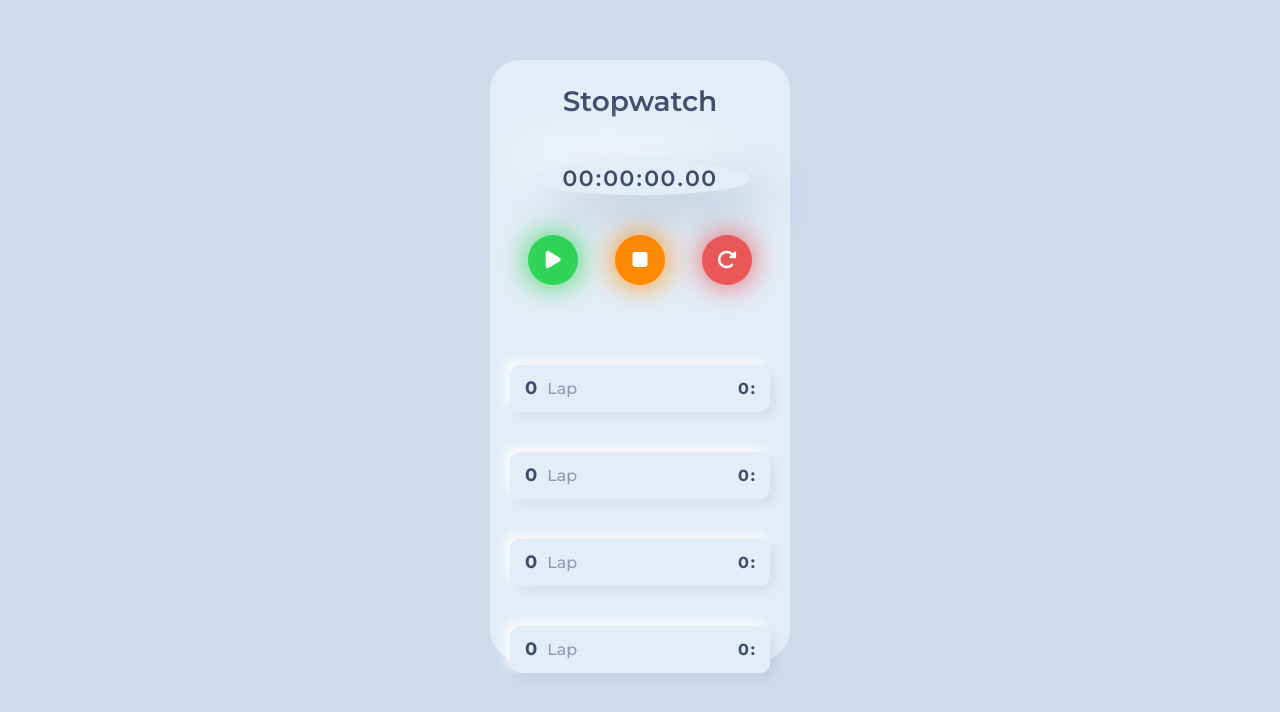
Repository: dinhtri123/stopwatch
Page: index.html
An editor plug-in stored every save of this project. The page is shown before and after the next save, followed by the edit.
The browser window is 1280 px wide. The pictures show the whole page.
After loading, the first visible `button.btn-reset` was clicked once.

Above is the page before, as saved 2023-01-05 15:21:53.

### index.html
<!DOCTYPE html>
<html lang="en">
  <head>
    <meta charset="UTF-8" />
    <meta http-equiv="X-UA-Compatible" content="IE=edge" />
    <meta name="viewport" content="width=device-width, initial-scale=1.0" />
    <link
      rel="stylesheet"
      href="https://cdnjs.cloudflare.com/ajax/libs/font-awesome/6.2.1/css/all.min.css"
    />
    <title>Stop Watch</title>
    <link rel="stylesheet" href="style.css" />
  </head>
  <body>
    <div class="wrapper">
      <h3>Stopwatch</h3>
      <div class="timer">
        <div class="effects"></div>
        <p class="hours">00</p>
        <span>:</span>
        <p class="minutes">00</p>
        <span>:</span>
        <p class="seconds">00</p>
        <span>.</span>
        <p class="milis">00</p>
      </div>
      <div class="btn">
        <button class="btn-start">
          <i class="fa-solid fa-play start"></i>
        </button>
        <button class="btn-stop" disabled>
          <i class="fa-solid fa-stop stop"></i>
        </button>
        <button class="btn-reset">
          <i class="fa-solid fa-rotate-right reset"></i>
        </button>
      </div>
      <div class="history">
        <!-- <div class="lap">
          <div class="number-lap">
            <p>1</p>
            <span>Lap</span>
          </div>
          <div class="timer-lap">
            <p>01</p>
            <span>:</span>
            <p>00</p>
            <span>:</span>
            <p>00</p>
          </div>
        </div> -->
      </div>
    </div>
  </body>
  <script src="index.js"></script>
</html>

### style.css
@import url("https://fonts.googleapis.com/css2?family=Montserrat:wght@400;500;600;700&display=swap");
* {
  margin: 0;
  padding: 0;
  box-sizing: border-box;
  font-family: "Montserrat", sans-serif;
}
body {
  width: 100%;
  min-height: 100vh;
  height: 100%;
  font-size: 16px;
  line-height: 1.5;
  font-weight: 400;
  background-color: #cddbeb;
  display: flex;
  justify-content: center;
  align-items: center;
}
.wrapper {
  width: 300px;
  height: 600px;
  border-radius: 30px;
  background: #e3edf7;
  padding: 20px;
  display: flex;
  flex-direction: column;
  justify-content: flex-start;
  align-items: center;
  gap: 40px;
}
h3 {
  font-size: 28px;
  color: #3c4c6b;
  text-align: center;
  font-weight: 600;
}
.timer {
  background-color: #e3edf7;
  width: 220px;
  height: 220px;
  border-radius: 50%;
  display: flex;
  justify-content: center;
  align-items: center;
  gap: 3px;
  box-shadow: 20px 20px 45px #6a80a85d, -20px -20px 45px #fbfbfbd9;
  font-size: 22px;
  font-weight: 600;
  color: #3c4c6b;
  letter-spacing: 1.5px;
  position: relative;
}
.timer > p {
  width: 28px;
  display: flex;
  justify-content: center;
  align-items: center;
}
.effects {
  position: absolute;
  inset: 0;
  width: 220px;
  height: 220px;
  border-radius: 50%;
  border-top: 3px solid #6a80a899;
  border-right: 3px solid transparent;
  animation: during 1s linear infinite;
  display: none;
}
.effects:before {
  content: "";
  position: absolute;
  top: 29px;
  right: 22px;
  width: 10px;
  height: 10px;
  border-radius: 50%;
  background-color: #3c4c6bb7;
  box-shadow: 0px 0px 10px #3c4c6b;
}
@keyframes during {
  to {
    transform: rotate(360deg);
  }
}

.btn {
  width: 100%;
  display: flex;
  justify-content: space-around;
}
button {
  background-color: #e3edf7;
  border: none;
  outline: none;
  border-radius: 50%;
  width: 50px;
  height: 50px;
  font-weight: 700;
  color: #3c4c6b;
  cursor: pointer;
  font-size: 20px;
  display: flex;
  justify-content: center;
  align-items: center;
  color: white;
}
.btn-start {
  background: #30d457;
  /* box-shadow: 5px 5px 10px #30d4569d, -5px -5px 10px #fbfbfb; */
  box-shadow: 0px 0px 30px #30d456fd;
}
.btn-stop {
  background: #ff8900;
  /* box-shadow: 5px 5px 10px #ff8900, -5px -5px 10px #fbfbfb; */
  box-shadow: 0px 0px 30px #ff8900;
  cursor: not-allowed;
}
.btn-reset {
  background-color: #eb5757;
  /* box-shadow: 5px 5px 10px #eb5757, -5px -5px 10px #fbfbfb; */

  box-shadow: 0px 0px 30px #eb5757;
}

.history {
  width: 100%;
  display: flex;
  flex-direction: column;
  gap: 20px;
}
.lap {
  width: 100%;
  height: 50px;
  background-color: #e3edf7;
  border-radius: 10px;
  box-shadow: 5px 5px 10px #6a80a81e, -5px -5px 10px #fbfbfb;
  display: flex;
  justify-content: space-between;
  align-items: center;
  padding: 10px 15px;
}
.number-lap {
  display: flex;
  align-items: center;
  gap: 10px;
}
.number-lap > p {
  font-size: 18px;
  font-weight: 700;
  color: #3c4c6b;
}
.number-lap > span {
  font-weight: 500;
  color: #8c9bb2;
}
.timer-lap {
  display: flex;
  gap: 2px;
  color: #3c4c6b;
  font-weight: 700;
  letter-spacing: 1.5;
}

.btn-disabled {
  cursor: not-allowed;
}
.btn-enabled {
  cursor: pointer;
}

### index.js
const btnStart = document.querySelector(".btn-start");
const btnStop = document.querySelector(".btn-stop");
const btnReset = document.querySelector(".btn-reset");

const miliseconds = document.querySelector(".milis");
const seconds = document.querySelector(".seconds");
const minutes = document.querySelector(".minutes");
const hours = document.querySelector(".hours");

const iconStart = document.querySelector(".start");
const iconStop = document.querySelector(".stop");
const iconReset = document.querySelector(".reset");

const effects = document.querySelector(".effects");

let interval;
let milis = 0;
let sec = 0;
let min = 0;
let hrs = 0;

btnStart.addEventListener("click", function () {
  effects.style.display = "block";
  effects.style.animationPlayState = "running";

  interval = setInterval(() => {
    milis++;
    let timerMilis = milis < 10 ? "0" + milis : milis;
    miliseconds.textContent = timerMilis > 99 ? (milis = "0" + 0) : timerMilis;
    if (timerMilis === 100) {
      sec++;
      let timer = sec < 10 ? "0" + sec : sec;
      seconds.textContent = timer > 59 ? (sec = "0" + 0) : timer;
      if (timer === 60) {
        min++;
        let timerMin = min < 10 ? "0" + min : min;
        if (min === 60) {
          hrs++;
          hours.textContent = hrs < 10 ? "0" + hrs : hrs;
        }
        minutes.textContent = timerMin > 59 ? (min = "0" + 0) : timerMin;
      }
    }
  }, 10);

  if (iconStart.className.includes("fa-play")) {
    iconStart.className = iconStart.className.replace("fa-play", "fa-pause");
    this.disabled = true;
    this.classList.add("btn-disabled");
    btnStop.classList.add("btn-enabled");
    btnStop.disabled = false;
  } else {
    iconStart.className = iconStart.className.replace("fa-pause", "fa-play");
  }
});

btnStop.addEventListener("click", function () {
  effects.style.animationPlayState = "paused";
  btnStart.disabled = false;
  btnStart.classList.remove("btn-disabled");
  this.disabled = true;
  this.classList.remove("btn-enabled");
  iconStart.className = iconStart.className.replace("fa-pause", "fa-play");
  clearInterval(interval);
});

let storageTimer = [];
btnReset.addEventListener("click", function () {
  let storeValues = { hrs, min, sec, milis };
  storageTimer.push(storeValues);

  localStorage.setItem("timer", JSON.stringify(storageTimer));
  console.log(storageTimer);
  effects.style.display = "none";
  miliseconds.textContent = "00";
  seconds.textContent = "00";
  minutes.textContent = "00";
  hours.textContent = "00";
  btnStart.disabled = false;
  btnStart.classList.remove("btn-disabled");
  btnStop.disabled = true;
  btnStop.classList.remove("btn-enabled");
  iconStart.className = iconStart.className.replace("fa-pause", "fa-play");
  clearInterval(interval);
  milis = 0;
  sec = 0;
  min = 0;
  hrs = 0;

  const history = document.querySelector(".history");
  const getTimerStorage = JSON.parse(localStorage.getItem("timer"));
  for (let i = 0; i < getTimerStorage.length; i++) {
    for (let time in getTimerStorage[i]) {
      const template = `<div class="lap">
      <div class="number-lap">
        <p>${i}</p>
        <span>Lap</span>
      </div>
      <div class="timer-lap">
        <p>${getTimerStorage[i][time]}</p>
        <span>:</span>

      </div>
    </div>`;
      history.insertAdjacentHTML("afterend", template);
    }
  }
});

After the next save:
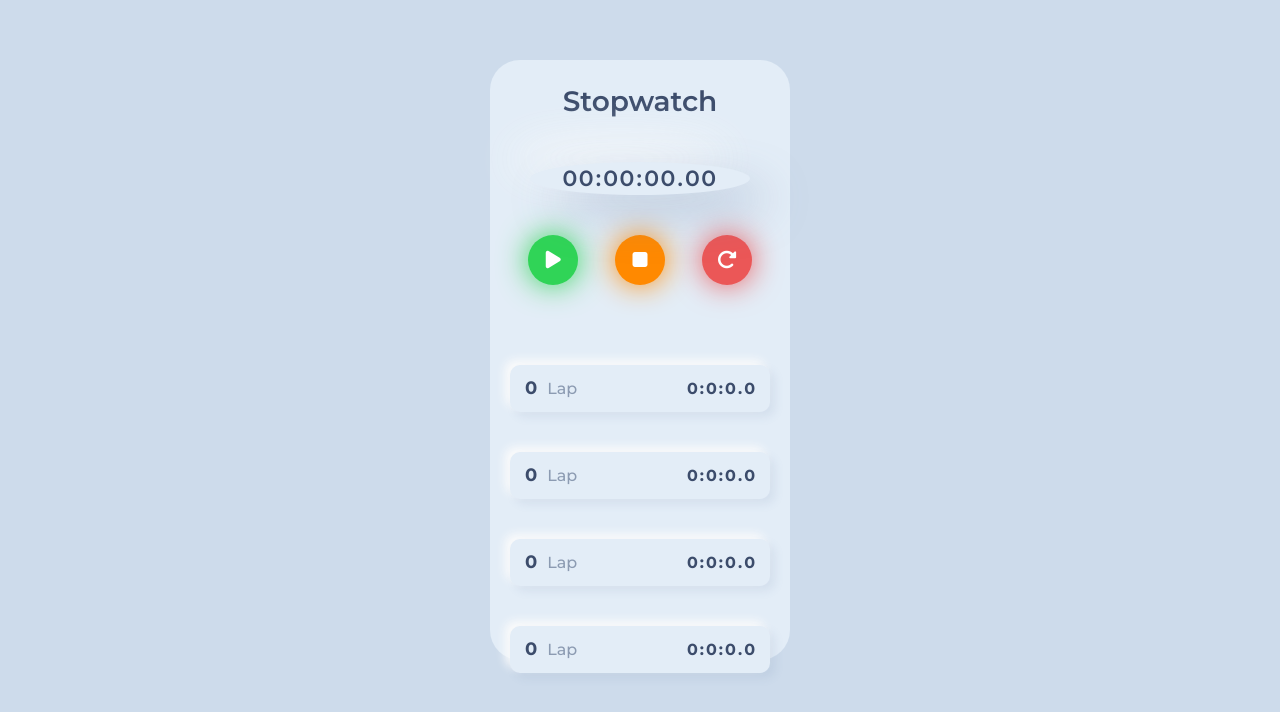
Saved 109 s later.
--- a/index.js
+++ b/index.js
@@ -90,7 +90,7 @@ btnReset.addEventListener("click", function () {
   const history = document.querySelector(".history");
   const getTimerStorage = JSON.parse(localStorage.getItem("timer"));
   for (let i = 0; i < getTimerStorage.length; i++) {
-    for (let time in getTimerStorage[i]) {
+    for(let time in getTimerStorage[i]){
       const template = `<div class="lap">
       <div class="number-lap">
         <p>${i}</p>
@@ -99,7 +99,11 @@ btnReset.addEventListener("click", function () {
       <div class="timer-lap">
         <p>${getTimerStorage[i][time]}</p>
         <span>:</span>
-
+        <p>${getTimerStorage[i][time]}</p>
+        <span>:</span>
+        <p>${getTimerStorage[i][time]}</p>
+        <span>.</span>
+        <p>${getTimerStorage[i][time]}</p>
       </div>
     </div>`;
       history.insertAdjacentHTML("afterend", template);
